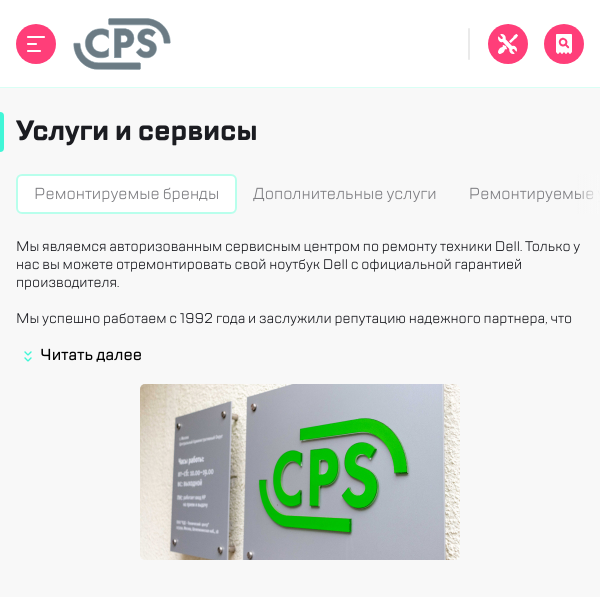
Repository: Dedoxa/Kata-WebCore-
Page: index.html
An editor plug-in stored every save of this project. The page is shown before and after the next save, followed by the edit.
The browser window is 600 px wide. The pictures show the whole page.

Above is the page before, as saved 2024-05-06 13:43:43.

After the next save:
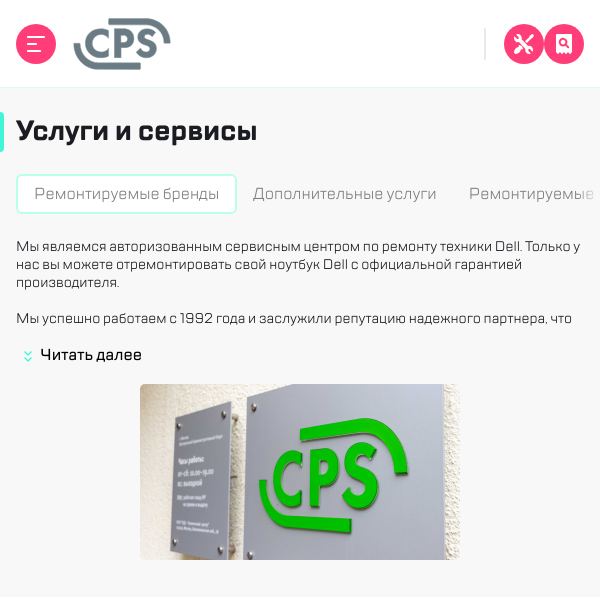
Saved 116 s later.
--- a/index.css
+++ b/index.css
@@ -214,7 +214,7 @@
   }
 
   .upper-menu__right > .upper-menu__icon:nth-child(4) {
-    margin-right: 16px;
+    gap: 16px;
   }
 
   .upper-menu__right > .upper-menu__icon:nth-child(-n + 3),

After the save that followed:
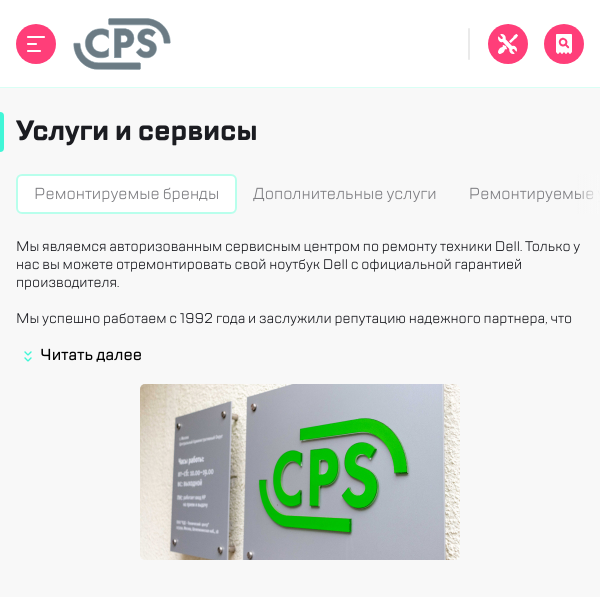
Saved 2 min 55 s later.
--- a/index.css
+++ b/index.css
@@ -214,7 +214,7 @@
   }
 
   .upper-menu__right > .upper-menu__icon:nth-child(4) {
-    gap: 16px;
+    margin-right: 16px;
   }
 
   .upper-menu__right > .upper-menu__icon:nth-child(-n + 3),
